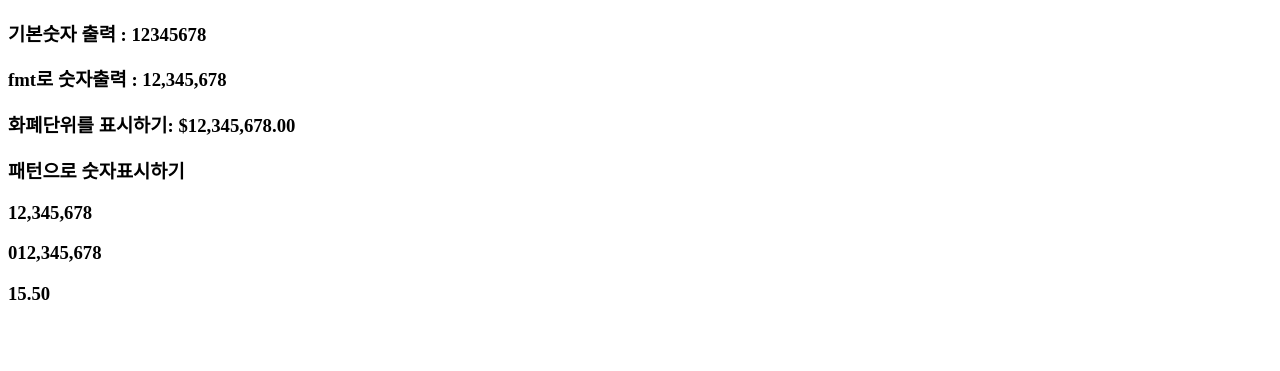
Repository: yongmin0309/mybatis1
Page: http://localhost/eL_JSTL/views/jstl/formattag.jsp
An editor plug-in stored every save of this project. The page is shown before and after the next save, followed by the edit.
The browser window is 1280 px wide. The pictures show the whole page.
The page is served by Tomcat 9. Other server files are loaded and not shown.

Above is the page before, as saved 2024-04-20 08:12:55.

### work/eL_JSTL/src/main/webapp/views/jstl/formattag.jsp
<%@ page language="java" contentType="text/html; charset=UTF-8"
    pageEncoding="UTF-8"%>
<%@ taglib prefix="c" uri="http://java.sun.com/jsp/jstl/core" %>
<%@ taglib prefix="fmt" uri="http://java.sun.com/jsp/jstl/fmt" %>
<!DOCTYPE html>
<html>
<head>
<meta charset="UTF-8">
<title>Insert title here</title>
</head>
<body>
	<c:set var="numbertest" value="12345678"/>

	<h3>기본숫자 출력 : <c:out value="${numbertest }"/></h3>
	<h3>fmt로 숫자출력 : <fmt:formatNumber value="${numbertest }"/></h3>
	<%-- <fmt:setLocale value="ko_KR"/> --%>
	<h3>화폐단위를 표시하기: <fmt:formatNumber value="${numbertest }"
	type="currency"/></h3>

	<h3>패턴으로 숫자표시하기</h3>
	<h3><fmt:formatNumber value="${numbertest }" pattern="###,###,###"/></h3>
	<h3><fmt:formatNumber value="${numbertest }" pattern="000,000,000"/></h3>
	<fmt:setLocale value="en_US"/>
	<h3><fmt:formatNumber value="15.5" pattern="###,###.00"/></h3>


</body>
</html>

After the next save:
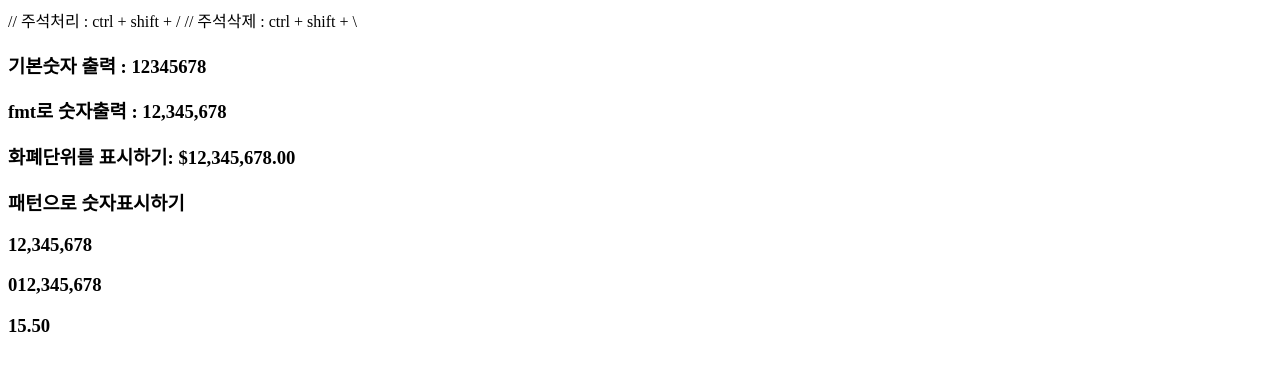
Saved 73 s later.
--- a/work/eL_JSTL/src/main/webapp/views/jstl/formattag.jsp
+++ b/work/eL_JSTL/src/main/webapp/views/jstl/formattag.jsp
@@ -9,6 +9,9 @@
 <title>Insert title here</title>
 </head>
 <body>
+
+	// 주석처리 : ctrl + shift + /
+	// 주석삭제 : ctrl + shift + \
 	<c:set var="numbertest" value="12345678"/>
 
 	<h3>기본숫자 출력 : <c:out value="${numbertest }"/></h3>
